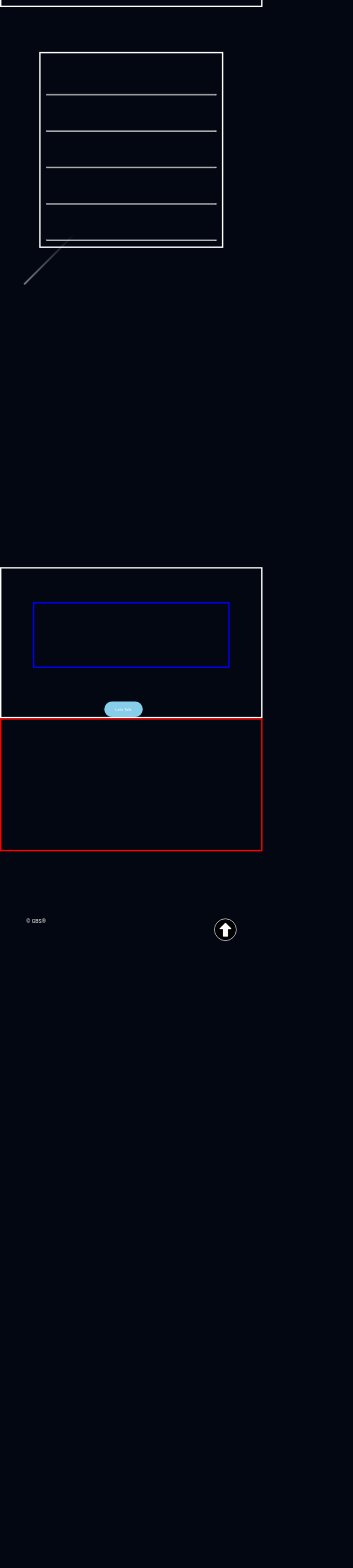
Repository: Anas-Ejaz/GBS-NEW
Page: Ahsan.html
The author's editor kept a copy of each file at every save. The page is drawn from the files as they stood at one save, then again after the next save.
The browser window is 375 px wide. The page is 504 px wide, so the pictures cover 504 px, including what lies to the right of the window. The pictures show the part of the page from y = 1373 to 3613 px (the page is 3613 px tall before and 3609 px after), at 70% of full size.
Some web fonts or font styles are not loaded; a fallback is used.

Above is the page before, as saved 2024-09-02 12:15:42.

### Ahsan.html
<!DOCTYPE html>
<html lang="en">
<head>
  <meta charset="UTF-8">
  <meta name="viewport" content="width=device-width, initial-scale=1.0">
  <title>Horizontal Scrolling Text Animation</title>
  <link rel="stylesheet" href="Ashan.css">
</head>
<body>
  <!-- Horizontal Scrolling Text Animation -->
  <div class="text_scroll">
    <div class="wrapper">
      <div class="itemLeft item1">&#8213;WILD IDEAS!</div>
      <div class="itemLeft item2">&#8213;WILD IDEAS!</div>
      <div class="itemLeft item3">&#8213;WILD IDEAS!</div>
      <div class="itemLeft item5">&#8213;WILD IDEAS!</div>
    </div>
    <div class="wrapper">
      <div class="itemRight item1">&#8213;LET'S DIVE IN!</div>
      <div class="itemRight item2">&#8213;LET'S DIVE IN!</div>
      <div class="itemRight item3">&#8213;LET'S DIVE IN!</div>
      <div class="itemRight item4">&#8213;LET'S DIVE IN!</div>
    </div>
  </div>

  <!-- Portfolio Section -->
  <section class="portfolio_sec">
    <div class="h1_port">
      <h1>MY PORTFOLIO</h1>
    </div>
    <div class="portfolio">
      <div class="inner_portfolio">
        <div class="col-1">
          <div class="image image1"><img src="Picture/port_img1.png" alt=""></div>
          <div class="image image2"><img src="Picture/port_img2.png" alt=""></div>
          <div class="image image3"><img src="Picture/port_img3.png" alt=""></div>
        </div>
        <div class="col-2">
          <div class="imaged image4"><img src="Picture/port_img1.png" alt=""></div>
          <div class="imaged image5"><img src="Picture/port_img2.png" alt=""></div>
          <div class="imaged image6"><img src="Picture/port_img6.png" alt=""></div>
        </div>
      </div>
    </div>
  </section>

  <!-- Text Animation Section -->
  <section class="text_animation">
    <div class="my_text">
      <p id="my_p1">JOIN OUR</p>
      <p id="my_p2">JUNGLE</p>
      <p id="my_p3">TREK</p>
    </div>
  </section>

  <!-- Social Media Section -->
  <section class="background-container">
    <div class="socail_inner">
      <div class="socail_item">
        <p>FACEBOOK</p>
        <img src="Picture/instagram.png" alt="">
      </div>
      <hr>
      <div class="socail_item">
        <p>LINKEDIN</p>
        <img src="Picture/linkedin.png" alt="">
      </div>
      <hr>
      <div class="socail_item">
        <p>INSTAGRAM</p>
        <img src="Picture/instagram.png" alt="">
      </div>
      <hr>
      <div class="socail_item">
        <p>BEHANCE</p>
        <img src="Picture/behance.png" alt="">
      </div>
      <hr>
      <div class="socail_item">
        <p>DRIBBBLE</p>
        <img src="Picture/dribbble.png" alt="">
      </div>
      <hr>
    </div>
  </section>

  <!-- Contact Section -->
  <section class="my_contact">
    <div class="row1">
      <div class="col_C">
      <p id="timeTo">TIME TO</p>
      <p id="roar">ROAR</p>
    </div>
      <a href="">Let's Talk</a>
    </div>
    <div class="info">
      <hr id="my_hr0">
      <div class="infoContainer">
        <div class="info_col1">
          <p class="info_h">Email</p>
          <p class="info_h">GBS@gmail.com</p>
        </div>
        <div class="info_col1">
          <p class="info_h">Call</p>
          <p class="info_h">+443153251</p>
        </div>
        <div class="info_col1">
          <p class="info_h">Skype</p>
          <p class="info_h">GBS-Skype.com</p>
        </div>
      </div>
      <hr id="my_hr">
    </div>
  </section>

  <!-- Footer -->
  <footer>
    <div class="footer_row">
      <p>&#169; GBS&#174;</p>
      <img src="Picture/24_373-modified.png" alt="">
    </div>
    <div class="footer_row1">
      <p id="Cname1">GLOBEL</p>
      <p id="Cname2">BUSINESS</p>
      <p id="Cname3">SOLUTION</p>
    </div>
  </footer>

  <script src="https://cdnjs.cloudflare.com/ajax/libs/gsap/3.11.0/gsap.min.js"></script>
  <script src="https://cdnjs.cloudflare.com/ajax/libs/gsap/3.11.0/ScrollTrigger.min.js"></script>
  <script src="Ahsan.js"></script>
</body>
</html>

### Ashan.css
@import url('https://fonts.googleapis.com/css2?family=Days+One&display=swap');

*,
*::before,
*::after {
  box-sizing: border-box;
}

* {
  font-family: "Roboto", sans-serif;
  margin: 0;
  box-sizing: border-box;
  /* hr::after{
    content: "";
  } */
}

body {
  background-color: #030712;
}

.text_scroll {
  height: 100vh;
  /* width: 90vw; */
  display: flex;
  flex-direction: column;
  align-items: center;
  justify-content: center;
  overflow-x: hidden;
  gap: 1rem;
}

.wrapper {
  width: 90%;
  height: 140px;
  position: relative;
  overflow: hidden;
  mask-image: linear-gradient(
    to right,
    rgba(0, 0, 0, 0),
    rgba(0, 0, 0, 1) 20%,
    rgba(0, 0, 0, 1) 80%,
    rgba(0, 0, 0, 0)
    );
    display: flex;
    align-items: center;
  }






  @keyframes scrollLeft {
  from {
    transform: translateX(100%);
  }
  to {
    transform: translateX(-100%);
  }
}

@keyframes scrollRight {
  from {
    transform: translateX(-100%);
  }
  to {
    transform: translateX(100%);
  }
}

.itemLeft,
.itemRight {
  font-weight: bold;
  color: white;
  white-space: nowrap;
  position: absolute;
  width: 100vw;
  text-align: center;
  animation-timing-function: linear;
  animation-duration: 30s;
  animation-iteration-count: infinite;
}

.itemLeft {
  font-size: 13.5vw;
  animation-name: scrollLeft;
}

.itemRight {
  font-size: 12.5vw;
  animation-name: scrollRight;
}

.item1 {
  animation-delay: 0s;
}

.item2 {
  animation-delay: -15s;
}

.item3 {
  animation-delay: -30s;
}

.item4 {
  animation-delay: -45s;
}

.h1_port {
  color: white;
  font-size: 3vw;
  text-align: center;
  padding-block: 4rem;
}
.portfolio {
  display: flex;
  justify-content: center;
  align-items: center;
  /* height: 190vh; */
  margin-block: 4rem;
  /* overflow: hidden; */
}

.inner_portfolio {
  display: flex;
  justify-content: space-around;
  align-items: center;
  width: 80%;
  /* background-color: #275d93; */
  /* border: 12px solid white; */
  /* overflow: hidden; */
}

.col-1,
.col-2 {
  display: flex;
  flex-direction: column;
  align-items: center;
  border: 2px solid black;

}

.image,
.imaged {
  width: 35vw;
  border-radius: 1rem;
  margin: 1rem;
  overflow: hidden;
}

.image img,
.imaged img {
  background-size: cover;
  background-position: center;
  width: 100%;
  border-radius: 1rem;
}
/* ------TEXT ANIMATION---------- */
.my_text{
  color: white;
  font-size: 10vw;
  font-weight: bold;
  display: flex;
  flex-direction: column;
  align-items: center;
}


/* SOCAIL--------- */
.socail_inner{
  width: 70vw;
  padding: .5rem;
  margin: 4rem auto;
  display: flex;
  flex-direction: column;
  justify-content: center;
}
.socail_item img{
  width: 5vw;
  transition: 1s ease;
}
.socail_item:hover img {
  transform: rotate(360deg); /* Rotate only the image 360 degrees */
}
.socail_item{
  display: flex;
  justify-content: space-between;
  align-items: center;
  transition: 1s;
}
.socail_item:hover{

  transform: scale(1.2);
}
.socail_inner p{
  color: #D8D9DA;
  padding-block: 1rem;
  font-size: 4vw;
}

.background-container {
  position: relative;
  width: 100%;
  height: 100vh;
  background-color:#030712;
  overflow: hidden;
}

.meteor {
  position: absolute;
  width: 3px;
  height: 100px;
  background: linear-gradient(white, rgba(255, 255, 255, 0));
  transform: rotate(-135deg);
  opacity: 0;
}

/* -----CONTACT---------- */
.row1{
  display: flex;
  justify-content: space-between;
  align-items: end;
}

.col_C{
  display: flex;
  flex-direction: column;
  justify-content: space-between;
  margin-block: 6vmax;
  color: white;
}
.row1 p{
  font-size: 15vw;
  font-weight: bold;
  margin-left: 6vw;
  line-height: .8;
}
.row1 a{
  margin-right: 6vw;
  text-decoration: none;
  font-size: 1.5vw;
  color: white;
  background: skyblue;
  padding: 1vmax 2vmax;
  border-radius: 2rem;
}

/* info----- */
.info{
  /* margin-block: 12vmax; */
  /* margin-left: 6vw; */
  /* width: 80vw; */
}

.infoContainer{
  color: white;
  margin-block: 2rem;
  transition: transform ;
}
.email, .call, #my_skype{
  transition: .8s;
}
.email:hover{
  cursor: pointer;
  transform: scale(1.2);
}
.call:hover{
  cursor: pointer;
  transform: scale(1.2);
}
.skype:hover{
  cursor: pointer;
  transform: scale(1.2);
}
.first{
  display: flex;
  justify-content: space-around;
  margin-right: 8vw;
  font-weight: bold;
}
/* -------- */
@media (max-width:460px) {
.info{
  border: 2px solid red;
  display: flex;
  flex-direction: column;
}
#email, #skype{
  margin: 0vw;
}
.wrapper{
  height: 15%;
}
.text_scroll{
  height: 70vh;
  border: 2px solid white;
  gap: 0;
}
.h1_port{
  border: 2px solid white;
}
.portfolio{

}
.my_text{
  border: 2px solid white;
}
.socail_inner{
  border: 2px solid white;
}
.row1{
  border: 2px solid white;
  flex-direction: column;
  justify-content: center;
  align-items: center;
}
.col_C{
  padding-right: 10vw;
  align-items: center;
  border: 2px solid blue;
}
.infoContainer{
  border: 2px solid salmon;
  display: flex;
  flex-direction: column;
}
.first{
  flex-direction: column;
  margin-right: 0vw;
  border: 2px solid rebeccapurple;
}


}
/* ----------- */
#email{
  /* margin-left: -6rem; */
}
.second{
  display: flex;
  font-size: 2vw;
  font-weight: bold;
  justify-content: space-around;
}
.skype{
  /* margin-left: 12rem; */
}

/* --Footer--- */

.footer_row{
  width: 80vw;
  margin: 12vmax auto;
  display: flex;
  justify-content: space-between;
  color: white;
  font-size: 2vw;
}
.footer_row img{
  width: 2rem;
  border: 1px solid white;
  border-radius: 50%;
  /* border: 1px solid white; */
}




/* ------------------ */

.footer_row1{
  height: 100vh;
  padding: 0;
  display: flex;
  flex-direction: column;
  justify-content: space-evenly;
  align-items: center;
  font-size: 12vw;
  font-weight: bold;
  color: white;
}
.footer_row1 p{
 opacity: 0.5;
}













/* @media (max-width: 768px) {
  .itemLeft {
    font-size: 13;
  }
  .itemRight {
    font-size: 23vw;
  }
}

@media (max-width: 480px) {
  .itemLeft {
    font-size: 35vw;
  }
  .itemRight {
    font-size: 33vw;
  } */
/* } */

### Ahsan.js
console.log("Woring")

gsap.registerPlugin(ScrollTrigger);

tl = gsap.timeline()

tl.from('.h1_port',
    {
        scrollTrigger: {
            trigger: '.h1_port',
            start: 'top 70%',
            end: 'top 50%',
            scrub: 1,

        },
        filter: "blur(5px)",
        opacity: 0,            // End opacity
        duration: 1,         // Duration of each blink phase
    })

gsap.from('.image1',
    {
        scrollTrigger: {
            trigger: '.image1',
            start: 'top 90%',
            end: 'top 40%',
            scrub: 1,

        },
        filter: "blur(5px)",
        duration: 1,
        opacity: 0,            // End opacity
        x: -150,
    })

gsap.from('.image4',
    {
        scrollTrigger: {
            trigger: '.image4',
            start: 'top 90%',
            end: 'top 40%',
            scrub: 1,

        },
        filter: "blur(5px)",
        duration: 1,
        opacity: 0,            // End opacity
        x: 150,
    })


tl.from('.image2',
    {
        scrollTrigger: {
            trigger: '.image2',
            start: 'top 90%',
            end: 'top 40%',
            scrub: 1,

        },
        filter: "blur(5px)",
        delay: 1,
        opacity: 0,            // End opacity
        duration: 1,         // Duration of each blink phase
    })

tl.from('.image5',
    {
        scrollTrigger: {
            trigger: '.image5',
            start: 'top 90%',
            end: 'top 40%',
            scrub: 1,

        },
        filter: "blur(5px)",
        delay: 1,
        opacity: 0,            // End opacity
        duration: 1,         // Duration of each blink phase
    })
tl.from('.image3',
    {
        scrollTrigger: {
            trigger: '.image3',
            start: 'top 90%',
            end: 'top 40%',
            scrub: 1,

        },
        filter: "blur(5px)",
        delay: 1,
        opacity: 0,            // End opacity
        duration: 1,         // Duration of each blink phase
    })

tl.from('.image6',
    {
        scrollTrigger: {
            trigger: '.image6',
            start: 'top 90%',
            end: 'top 40%',
            scrub: 1,

        },
        filter: "blur(5px)",
        delay: 1,
        opacity: 0,            // End opacity
        duration: 1,         // Duration of each blink phase
    })
// ------text-animation-----

gsap.from('#my_p1',
    {
        scrollTrigger: {
            trigger: '#my_p1',
            start: 'top 70%',
            end: 'top 40%',
            scrub: 1,

        },
        filter: "blur(5px)",
        duration: 1,
        opacity: 0,            // End opacity
        x: -150,
    })

    gsap.from('#my_p2',
        {
            scrollTrigger: {
                trigger: '#my_p2',
                start: 'top 70%',
                end: 'top 40%',
                scrub: 1,

            },
            filter: "blur(5px)",
            duration: 1,
            opacity: 0,            // End opacity
            x: 150,
        })

        gsap.from('#my_p3',
            {
                scrollTrigger: {
                    trigger: '#my_p3',
                    start: 'top 70%',
                    end: 'top 40%',
                    scrub: 1,

                },
                filter: "blur(5px)",
                duration: 1,
                opacity: 0,            // End opacity
                x: -150,
            })



// ---------Socail---------
const socialImages = document.querySelectorAll('.socail_item img');
const socialName = document.querySelectorAll('.socail_item p');


gsap.from(socialName,
    {
        scrollTrigger: {
            trigger: socialName,
            start: 'top 120%',
            end: 'top 60%',
            scrub: 1,

        },
        filter: "blur(5px)",
        opacity: 0,
        x: -100,            // End opacity
        duration: .5,         // Duration of each blink phase
    })


gsap.from(socialImages,
    {
        scrollTrigger: {
            trigger: socialImages,
            start: 'top 120%',
            end: 'top 60%',
            scrub: 1,

        },
        filter: "blur(5px)",
        duration: .5,
        opacity: 0,            // End opacity
    })

// background----------
function createMeteor() {
    const meteor = document.createElement('div');
    meteor.classList.add('meteor');

    // Randomize starting positions
    const startX = Math.random() * window.innerWidth;
    const startY = Math.random() * window.innerHeight - 100;

    // Set initial position
    meteor.style.left = `${startX}px`;
    meteor.style.top = `${startY}px`;

    document.querySelector('.background-container').appendChild(meteor);

    // Animate using GSAP
    gsap.to(meteor, {
        x: -60 - startX, // Move to the left-top
        y: 600 - startY, // Move downwards
        duration: Math.random() * 1 + 1, // Vary duration
        opacity: 1,
        ease: "power4.out",
        onComplete: () => {
            meteor.remove(); // Remove after animation
        }
    });
}

// Create meteors at intervals
setInterval(createMeteor, 600);

gsap.from('#timeTo',
    {
        scrollTrigger: {
            trigger: '#timeTo',
            start: 'top 120%',
            end: 'top 60%',
            scrub: 1,

        },
        filter: "blur(5px)",
        opacity: 0,
        x: -100,            // End opacity
        duration: .5,         // Duration of each blink phase
    })

    gsap.from('#roar',
        {
            scrollTrigger: {
                trigger: '#roar',
                start: 'top 120%',
                end: 'top 60%',
                scrub: 1,

            },
            filter: "blur(5px)",
            opacity: 0,
            x: 100,            // End opacity
            duration: .5,         // Duration of each blink phase
        })


gsap.from('#my_hr0',
    {
        scrollTrigger: {
            trigger: '#my_hr0',
            start: 'top 120%',
            end: 'top 60%',
            scrub: 1,

        },
        filter: "blur(5px)",
        opacity: 0,
        duration: .5,         // Duration of each blink phase
    })



gsap.from('.infoContainer',
    {
        scrollTrigger: {
            trigger: '.infoContainer',
            start: 'top 120%',
            end: 'top 60%',
            scrub: 1,

        },
        filter: "blur(5px)",
        opacity: 0,
        duration: .5,         // Duration of each blink phase
    })



gsap.from('#my_hr',
    {
        scrollTrigger: {
            trigger: '#my_hr',
            start: 'top 120%',
            end: 'top 60%',
            scrub: 1,

        },
        filter: "blur(5px)",
        opacity: 0,
        y: 100,            // End opacity
        duration: .5,         // Duration of each blink phase
    })








// ---------------------------

gsap.from('#Cname1',
    {
        scrollTrigger: {
            trigger: '#Cname1',
            start: 'top 70%',
            end: 'top 40%',
            scrub: 1,

        },
        filter: "blur(5px)",
        delay: 1,
        opacity: 0,
        y: -100,            // End opacity
        duration: 1,         // Duration of each blink phase
    })
    gsap.from('#Cname2',
        {
            scrollTrigger: {
                trigger: '#Cname2',
                start: 'top 90%',
                end: 'top 40%',
                scrub: 1,

            },
            filter: "blur(5px)",
            delay: 1,
            opacity: 0,
            y: -100,            // End opacity
            duration: 1,         // Duration of each blink phase
        })
        gsap.from('#Cname3',
            {
                scrollTrigger: {
                    trigger: '#Cname3',
                    start: 'top 90%',
                    end: 'top 40%',
                    scrub: 1,

                },
                filter: "blur(5px)",
                delay: 1,
                opacity: 0,
                y: -100,            // End opacity
                duration: 1,         // Duration of each blink phase
            })

After the next save:
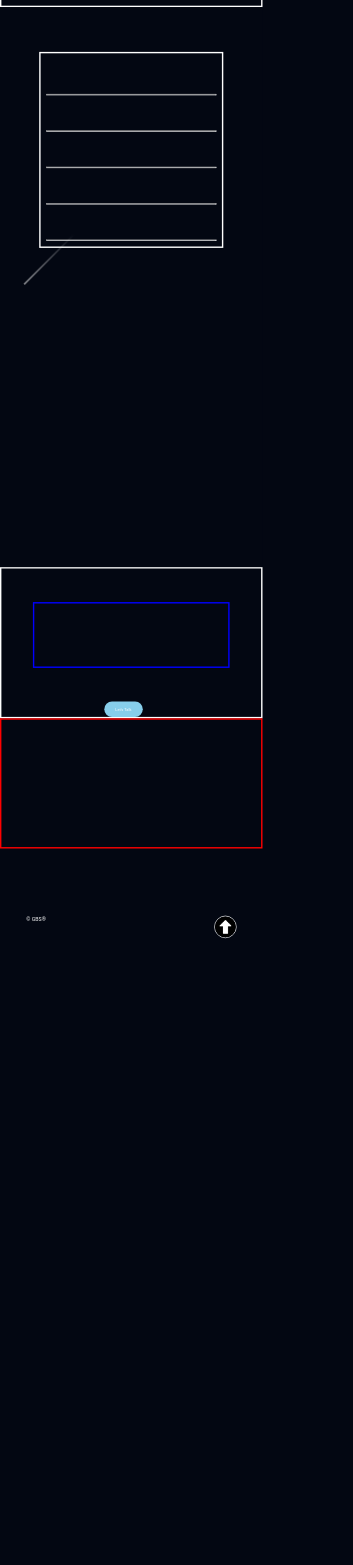
Saved 71 s later.
--- a/Ashan.css
+++ b/Ashan.css
@@ -321,16 +321,7 @@ body {
   align-items: center;
   border: 2px solid blue;
 }
-.infoContainer{
-  border: 2px solid salmon;
-  display: flex;
-  flex-direction: column;
-}
-.first{
-  flex-direction: column;
-  margin-right: 0vw;
-  border: 2px solid rebeccapurple;
-}
+
 
 
 }
